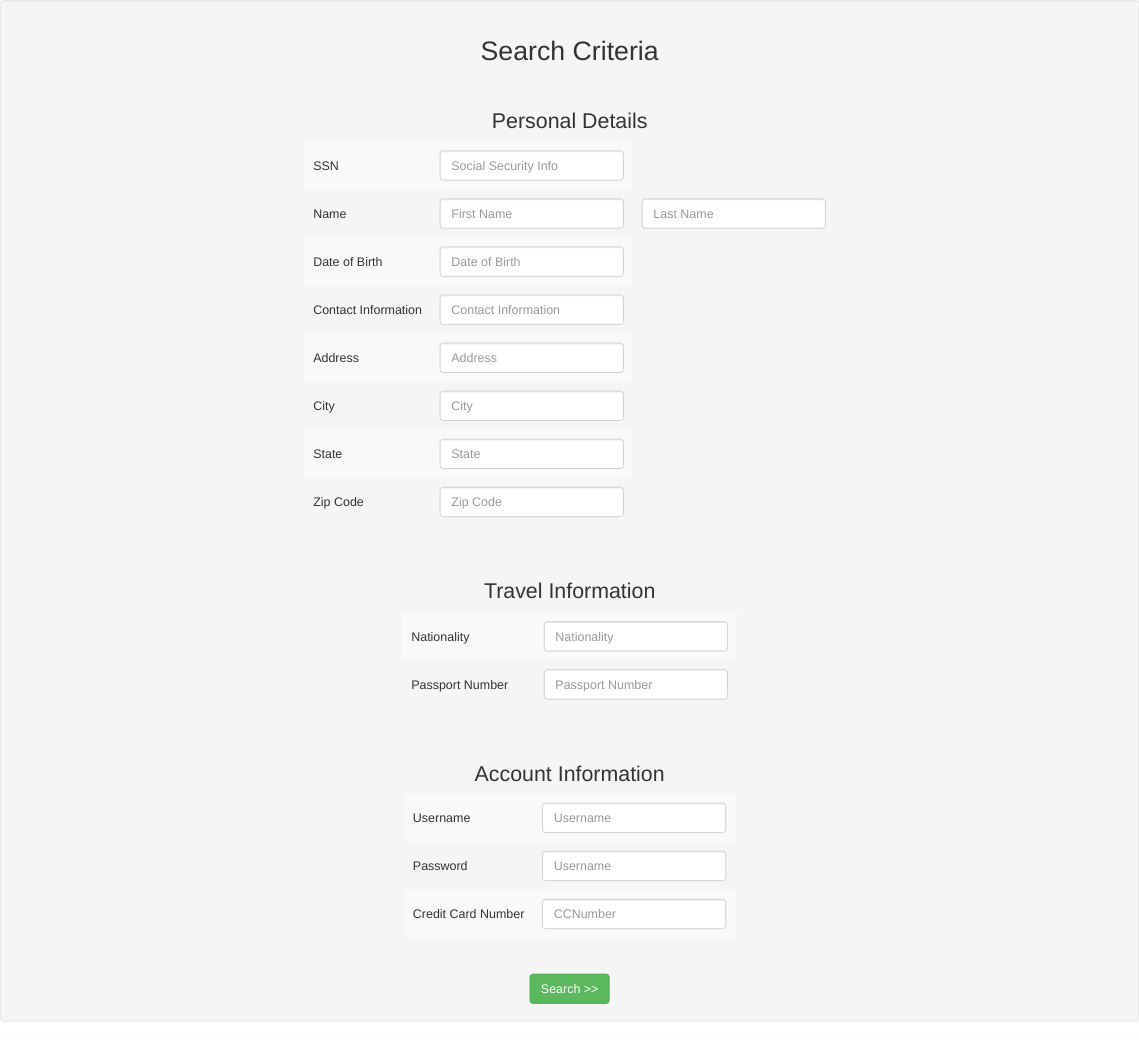
Repository: harshadrane89/CMPE273-WebService-AirlineManagement
Page: http://localhost/AirlineManagementSystemClient/TwitterGUI/SearchCustomer.jsp
The author's editor kept a copy of each file at every save. The page is drawn from the files as they stood at one save, then again after the next save.
The browser window is 1280 px wide. The pictures show the whole page, at 89% of full size.
The page is served by Tomcat 9.

Above is the page before, as saved 2013-12-08 09:50:58.

After the next save:
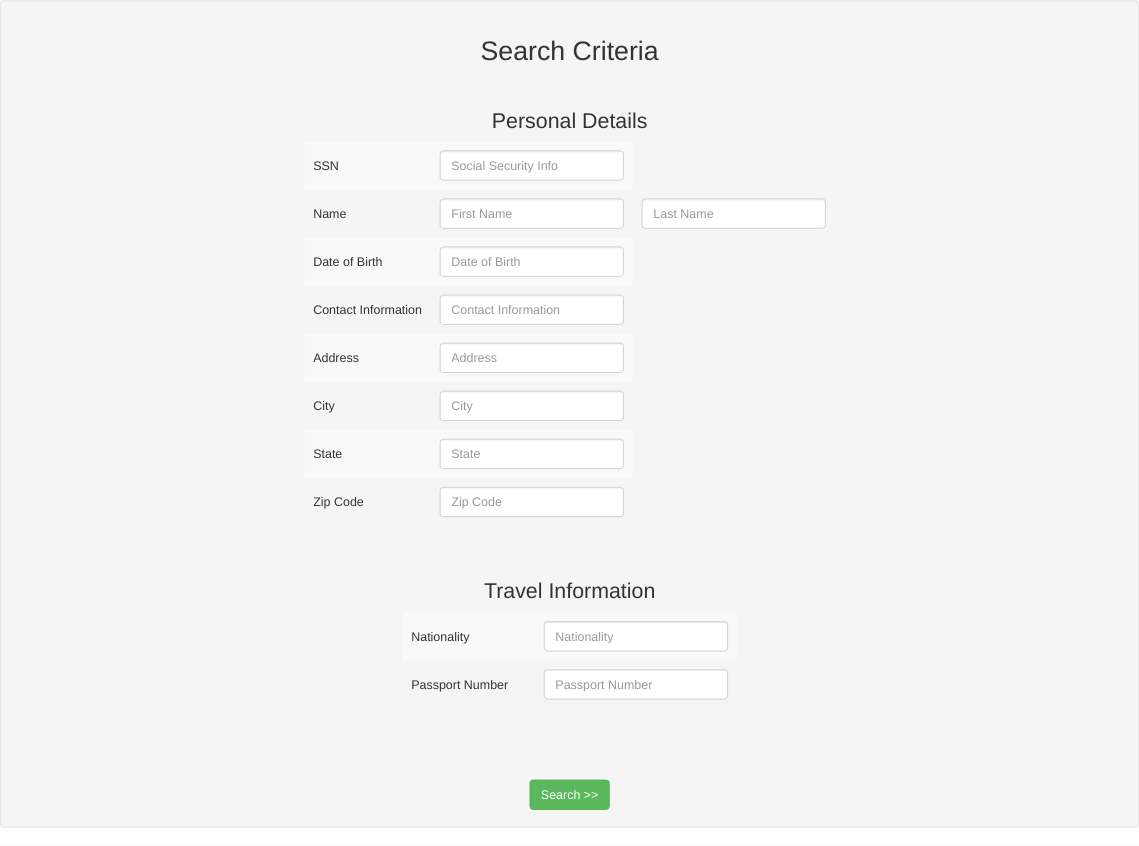
Saved 4 min 10 s later.
--- a/273_Project_Tomcat/AirlineManagementSystemClient/WebContent/TwitterGUI/SearchCustomer.jsp
+++ b/273_Project_Tomcat/AirlineManagementSystemClient/WebContent/TwitterGUI/SearchCustomer.jsp
@@ -112,33 +112,7 @@
 		<br> <br>
 
 		<center>
-			<h3>Account Information</h3>
-			<table cellpadding="10px" cellspacing="10px" class="table-striped"
-				class="form-control">
-				<tr>
-					<td>Username</td>
-					<td><input type="text" placeholder="Username" name="uName"
-						value="<%=traveller.getUserName() != null ? traveller.getUserName()
-					: ""%>"
-						class="form-control"></td>
-				</tr>
-				<tr>
-					<td>Password</td>
-					<td><input type="password" placeholder="Username"
-						name="uPasswd"
-						value="<%=traveller.getPassword() != null ? traveller.getPassword()
-					: ""%>"
-						class="form-control"></td>
-				</tr>
-				<tr>
-					<td>Credit Card Number</td>
-					<td><input type="password" placeholder="CCNumber"
-						name="uCC"
-						value="<%=traveller.getCreditCardNum() != null ? traveller.getCreditCardNum()
-					: ""%>"
-						class="form-control"></td>
-				</tr>
-			</table>
+
 			<br>
 			<br>
 			<input type="submit" class="btn btn-success"  value="Search >>">
